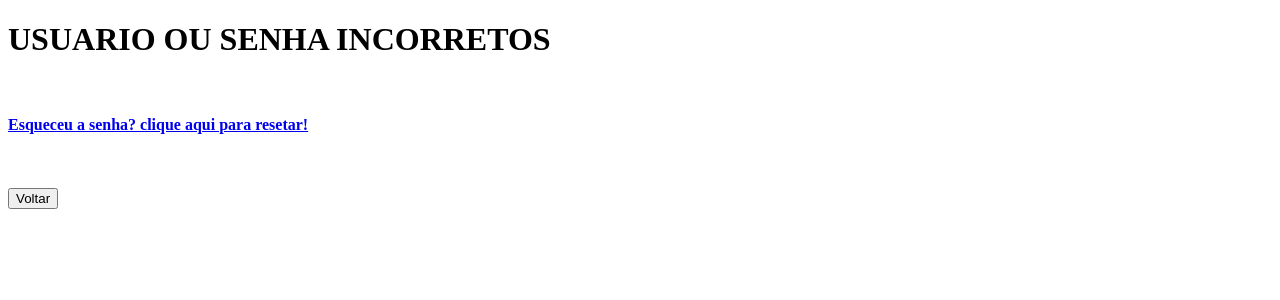
Repository: marceloms17/Health-track
Page: http://localhost/MMS_HealthTrack/ErrorUsuSenha.jsp
The author's editor kept a copy of each file at every save. The page is drawn from the files as they stood at one save, then again after the next save.
The browser window is 1280 px wide. The pictures show the whole page.
The page is served by Tomcat 9.

Above is the page before, as saved 2017-11-15 23:14:07.

After the next save:
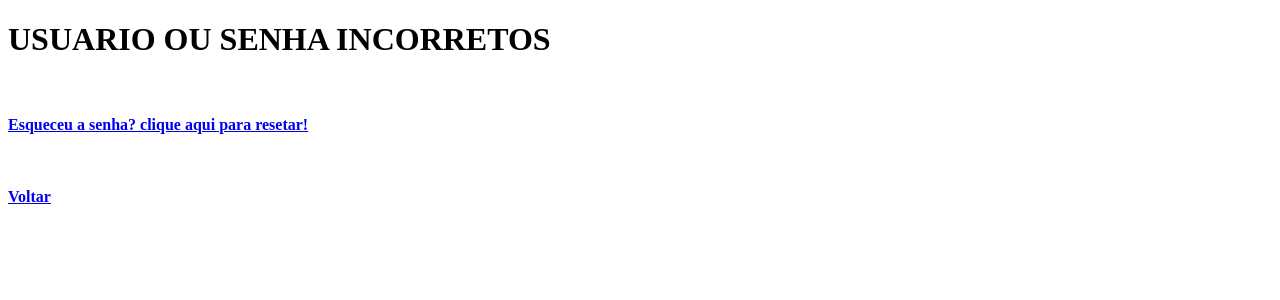
Saved 113 s later.
--- a/MMS_HealthTrack/WebContent/ErrorUsuSenha.jsp
+++ b/MMS_HealthTrack/WebContent/ErrorUsuSenha.jsp
@@ -22,7 +22,7 @@
 	 <br>
 	 <br>
     <div class="cols-sm-10">
-	<a href="index.jsp"> <button class="btn btn-lg btn-primary btn-block btn-signin" type="submit">Voltar</button></a>
+	<a href="index.jsp"> Voltar</a>
 	</div>
 	</form>
 </body>
